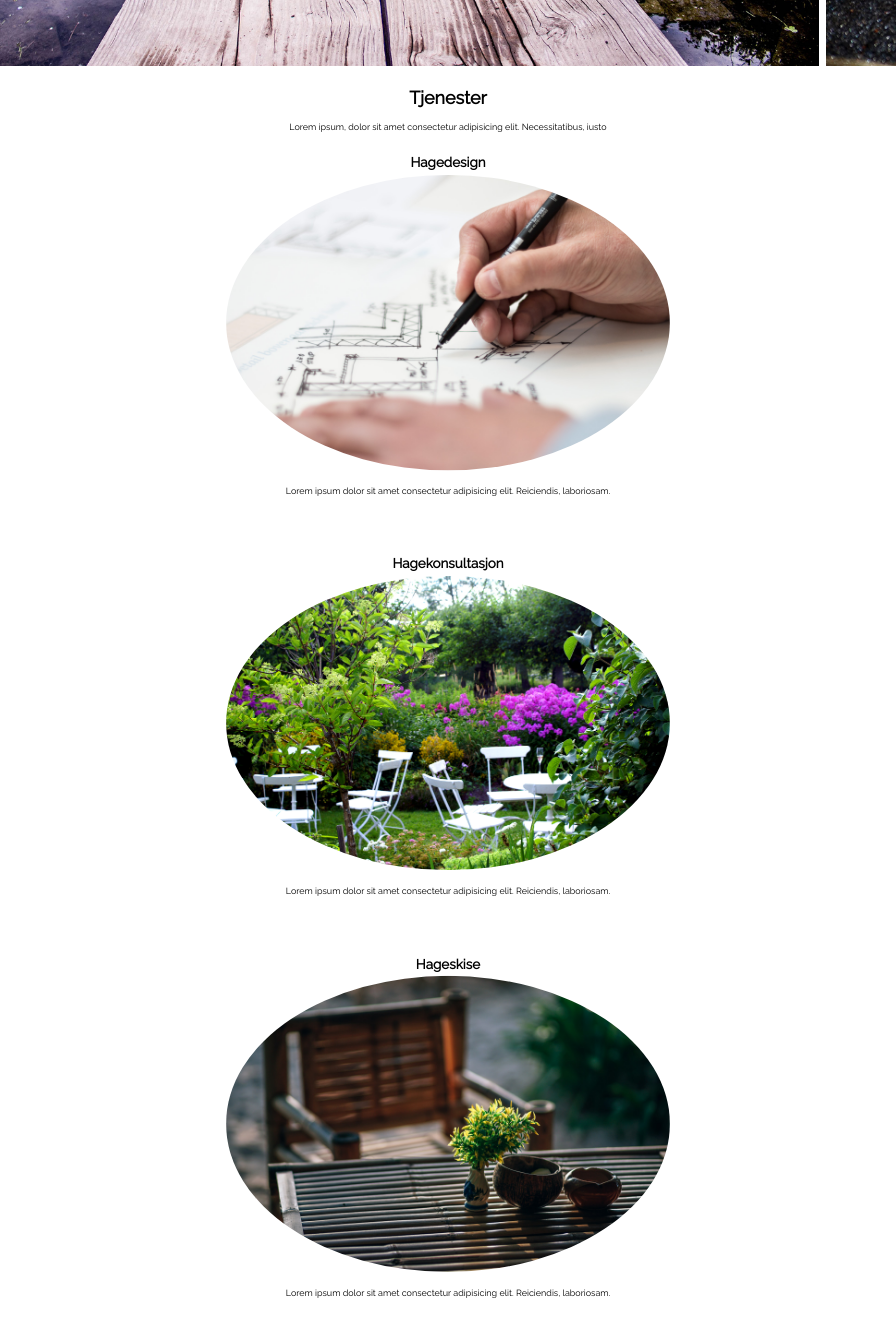
Repository: marinazzz/garden-design-website
Page: Garden design website/index.html
An editor plug-in stored every save of this project. The page is shown before and after the next save, followed by the edit.
The browser window is 1280 px wide. The pictures show the part of the page from y = 890 to 2810 px (the page is 2920 px tall), at 70% of full size.

Above is the page before, as saved 2020-03-31 10:38:08.

After the next save:
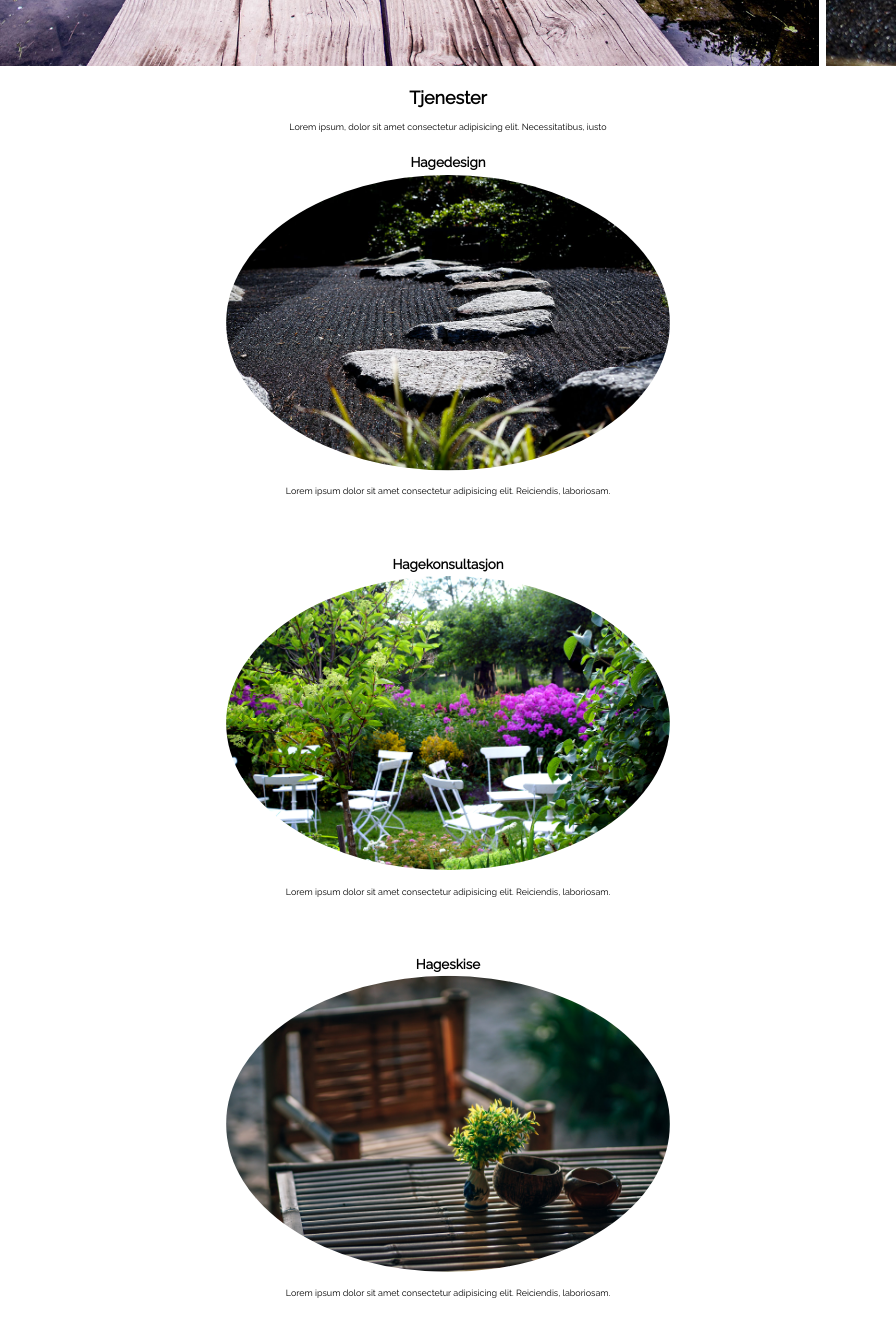
Saved 73 s later.
--- a/Garden design website/index.html
+++ b/Garden design website/index.html
@@ -132,7 +132,7 @@
             <p class="services-txt">Lorem ipsum, dolor sit amet consectetur adipisicing elit. Necessitatibus, iusto</p>
             <section class="services-item">
                 <h2 class="services-item-title">Hagedesign</h2>
-                <img class="services-photo" src="images/person-holding-black-pen-1109541.jpg" alt="Hagedesigner tegner">
+                <img class="services-photo" src="images/daylight-environment-garden-1000.jpg" alt="Hagedesigner tegner">
                 <p class="services-txt">Lorem ipsum dolor sit amet consectetur adipisicing elit. Reiciendis, laboriosam.</p>
                 <button class="services-toggle">les mer</button>
             </section>

After the save that followed:
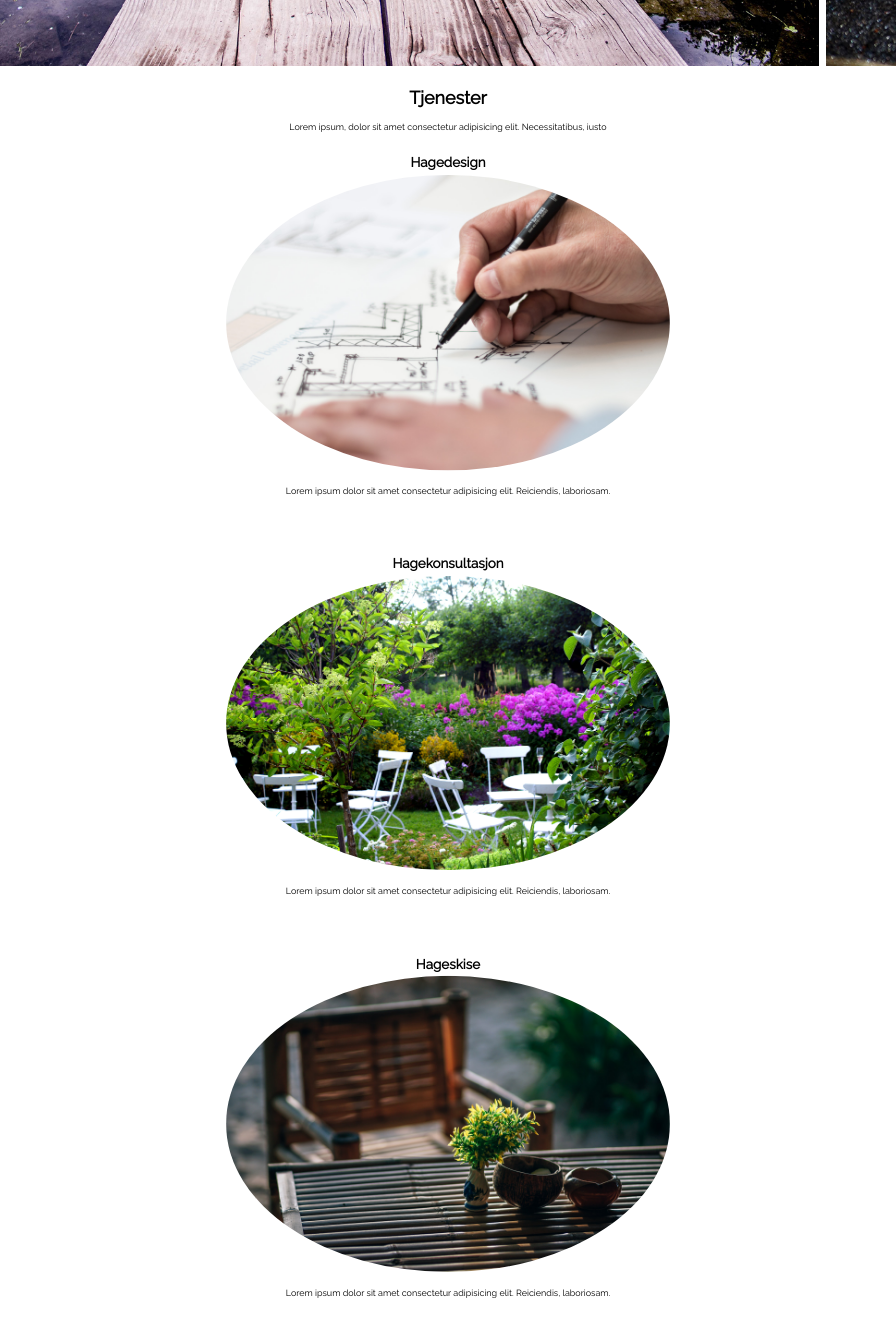
Saved 51 s later.
--- a/Garden design website/index.html
+++ b/Garden design website/index.html
@@ -132,7 +132,7 @@
             <p class="services-txt">Lorem ipsum, dolor sit amet consectetur adipisicing elit. Necessitatibus, iusto</p>
             <section class="services-item">
                 <h2 class="services-item-title">Hagedesign</h2>
-                <img class="services-photo" src="images/daylight-environment-garden-1000.jpg" alt="Hagedesigner tegner">
+                <img class="services-photo" src="images/person-holding-black-pen-1109541.jpg" alt="Hagedesigner tegner">
                 <p class="services-txt">Lorem ipsum dolor sit amet consectetur adipisicing elit. Reiciendis, laboriosam.</p>
                 <button class="services-toggle">les mer</button>
             </section>
